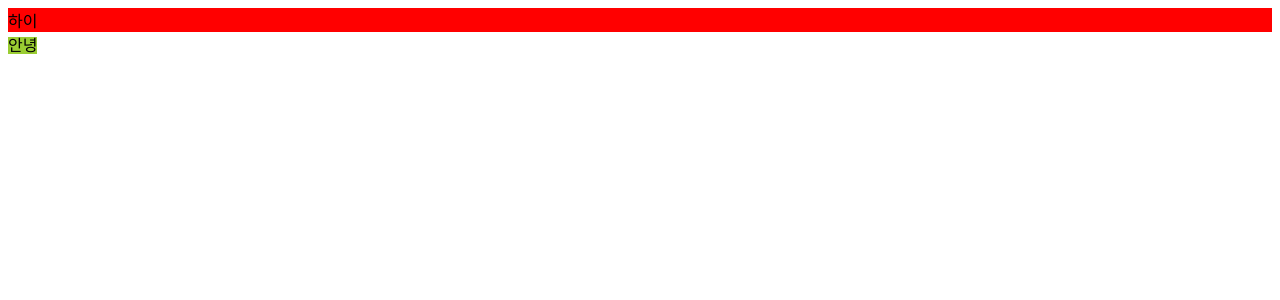
Repository: sangah-park98/jsp-class
Page: k20230503_1_html/src/main/webapp/01_div_span.html
An editor plug-in stored every save of this project. The page is shown before and after the next save, followed by the edit.
The browser window is 1280 px wide. The pictures show the whole page.

Above is the page before, as saved 2023-05-02 08:54:21.

### k20230503_1_html/src/main/webapp/01_div_span.html
<!DOCTYPE html>
<html>
<head>
<meta charset="UTF-8">
<title>Insert title here</title>

<style type="text/css">

	div {
		background-color: red;
		/* 블록 요소는 width와 height가 적용된다. */
		width: 100%;
		height: 0%;
	}

	span {
		background-color: yellowgreen;
		/* 인라인 요소는 width와 height가 적용되지 않고 무시된다. */
		width: 200px;
		height: 50px;
	}
</style>



</head>
<body>

<!--
 	1. 블록 요소
 		div, h1 ~ h6, p, ...
 		사용 가능한 최대 가로 너비를 사용한다. (화면에 꽉 차게)
 		크기를 지정할 수 있다. ★
 		기본값으로 width: 100%, height: 0을 사용한다.

 	2. 인라인 요소
 		span, img, ...
 		필요한 만큼의 너비를 사용한다. (내가 지정한 문자열 길이만큼)
 		크기를 지정할 수 없다.
 		기본값으로 width: 0%, height: 0%을 사용한다.
 -->
<div>
	하이
</div>
<span>
	안녕
</span>

</body>
</html>

After the next save:
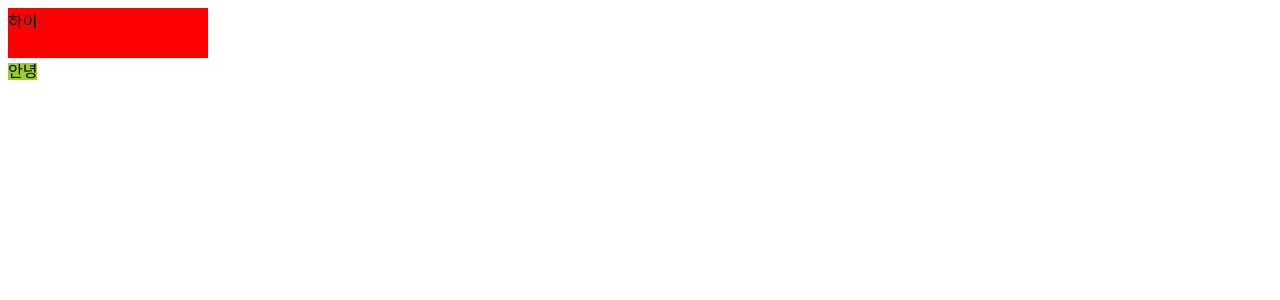
Saved 66 s later.
--- a/k20230503_1_html/src/main/webapp/01_div_span.html
+++ b/k20230503_1_html/src/main/webapp/01_div_span.html
@@ -9,8 +9,8 @@
 	div {
 		background-color: red;
 		/* 블록 요소는 width와 height가 적용된다. */
-		width: 100%;
-		height: 0%;
+		width: 200px;
+		height: 50px;
 	}
 
 	span {
